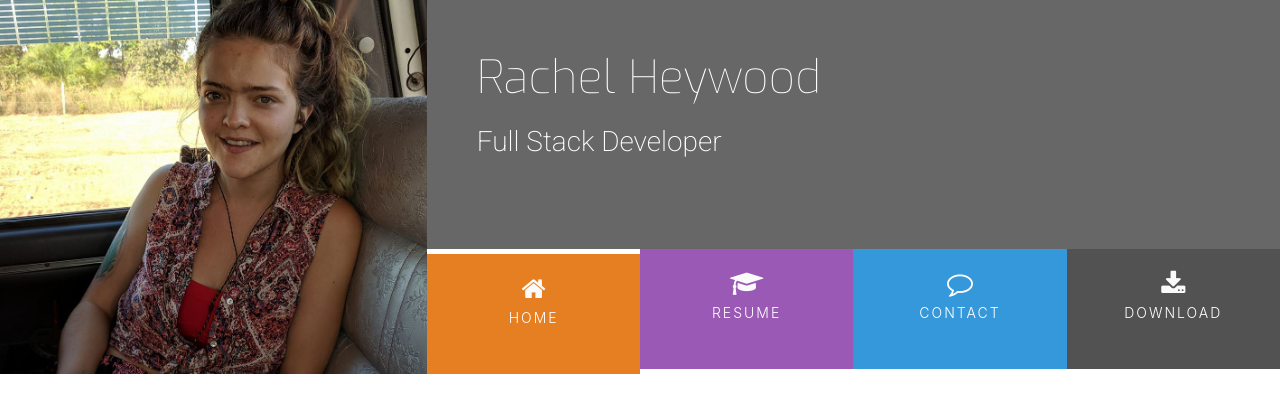
Repository: Heywood93/resume
Page: index.html
The author's editor kept a record of every edit. The page is drawn from the files as they stood at one moment, then again after the next edit.
The browser window is 1280 px wide. The pictures show the whole page.

Above is the page before.

After the next edit:
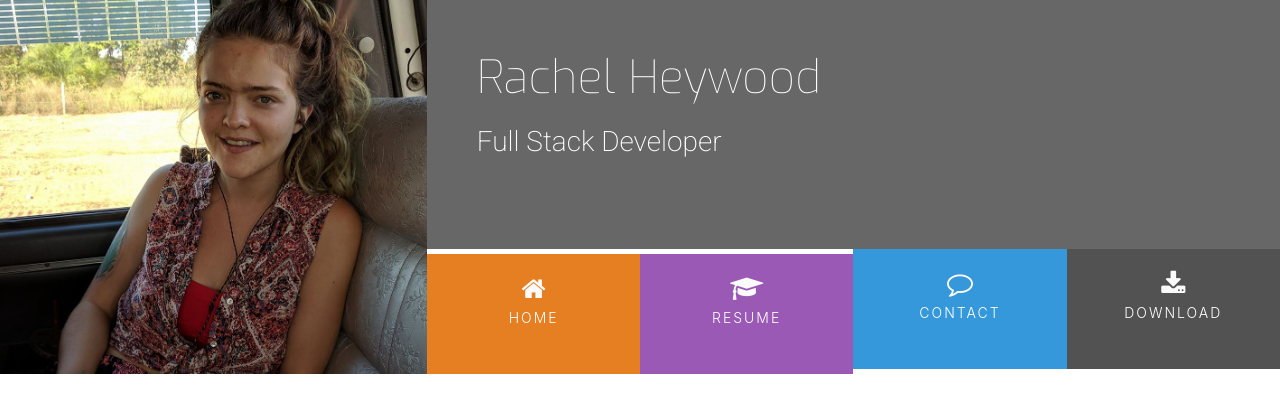
The edit:
--- a/index.html
+++ b/index.html
@@ -30,7 +30,7 @@
                                 <a href="#" class="hvr-sweep-to-bottom"><i class="fa fa-home" aria-hidden="true"></i><span>Home</span></a>
                             </li>
                             <li class="col-6 col-sm-3 ui-menu-color-resume list-inline-item menuitem">
-                                <a href="#"><i class="fa fa-graduation-cap" aria-hidden="true"></i><span>Resume</span></a>
+                                <a href="#" class="hvr-sweep-to-bottom"><i class="fa fa-graduation-cap" aria-hidden="true"></i><span>Resume</span></a>
                             </li>
                             <li class="col-6 col-sm-3 ui-menu-color-contact list-inline-item menuitem">
                                 <a href="#"><i class="fa fa-comment-o" aria-hidden="true"></i><span>Contact</span></a>
